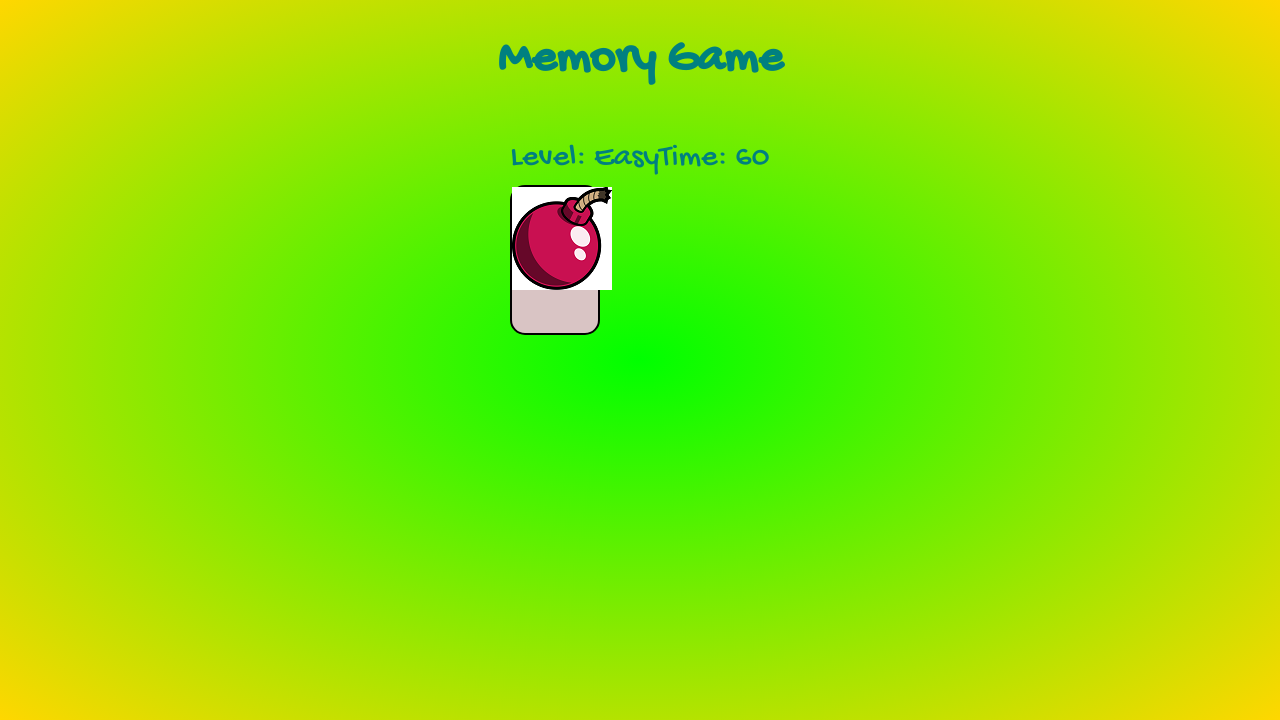
Repository: lauramika/Memory-Game
Page: index.html
The author's editor kept a record of every edit. The page is drawn from the files as they stood at one moment, then again after the next edit.
The browser window is 1280 px wide. The pictures show the whole page.

Above is the page before.

After the next edit:
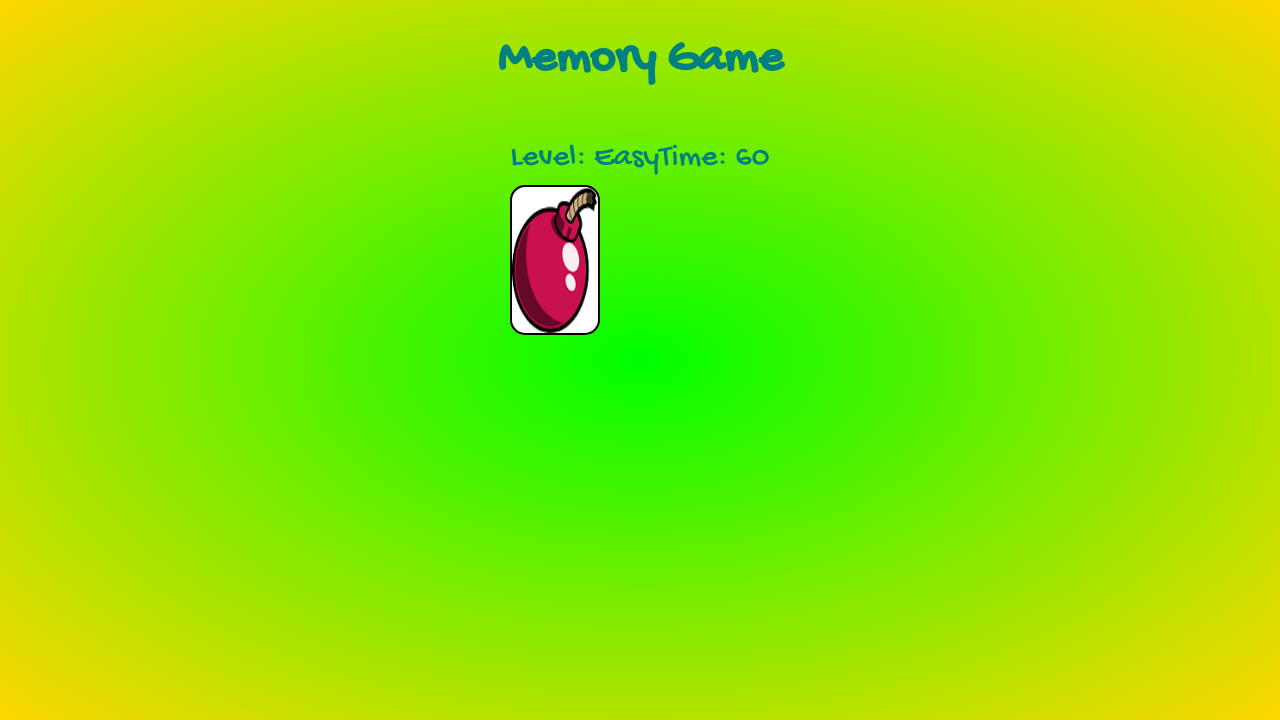
The edit:
--- a/style.css
+++ b/style.css
@@ -45,9 +45,8 @@
     transform: scale(1.05);
 }
 
-.back-face {
-   margin: auto;
+img {
+    height: 146px;
+    width: 86px;
+    border-radius: 15px;
 }
-img {
-    margin: auto;
-}
